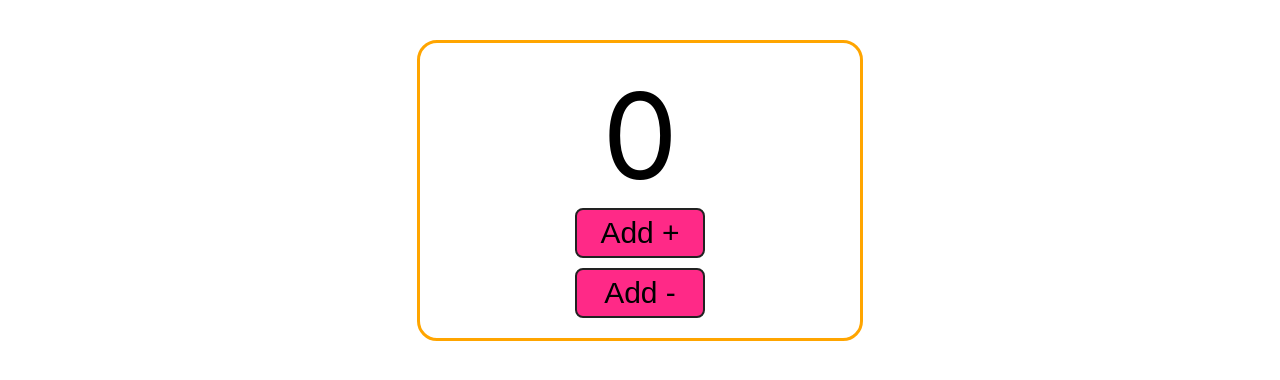
Repository: dnjfht/css-example
Page: /
The author's editor kept a copy of each file at every save. The page is drawn from the files as they stood at one save, then again after the next save.
The browser window is 1280 px wide. The pictures show the whole page.
The project was rebuilt for these pictures with package versions that can differ from the ones it lists, and the page was loaded fresh each time.

Above is the page before, as saved 2023-05-09 18:50:38.

After the next save:
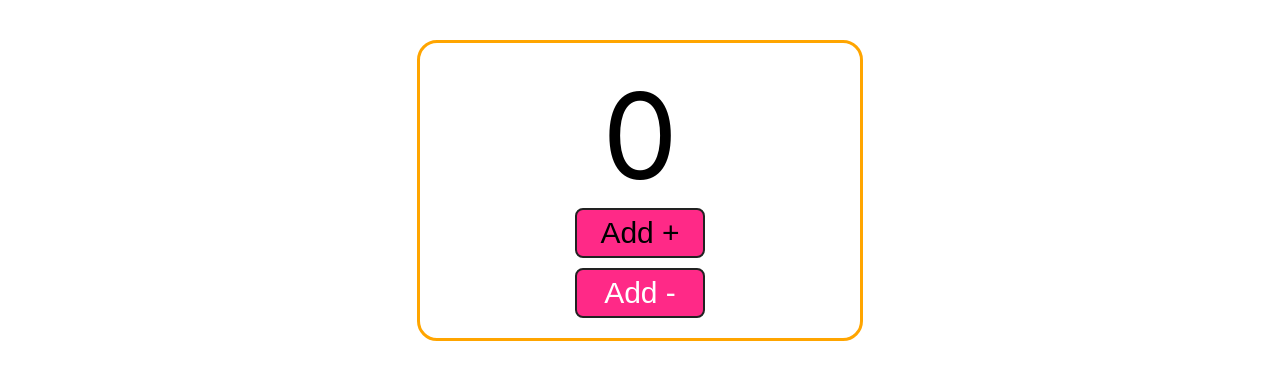
Saved 7 s later.
--- a/src/components/Counter.jsx
+++ b/src/components/Counter.jsx
@@ -47,6 +47,7 @@ export default function Counter({ count, setCount }) {
           border: "2px solid #222",
           borderRadius: 8,
           fontSize: 30,
+          color: "white",
         }}
         onClick={handleClickCountDown}
       >
